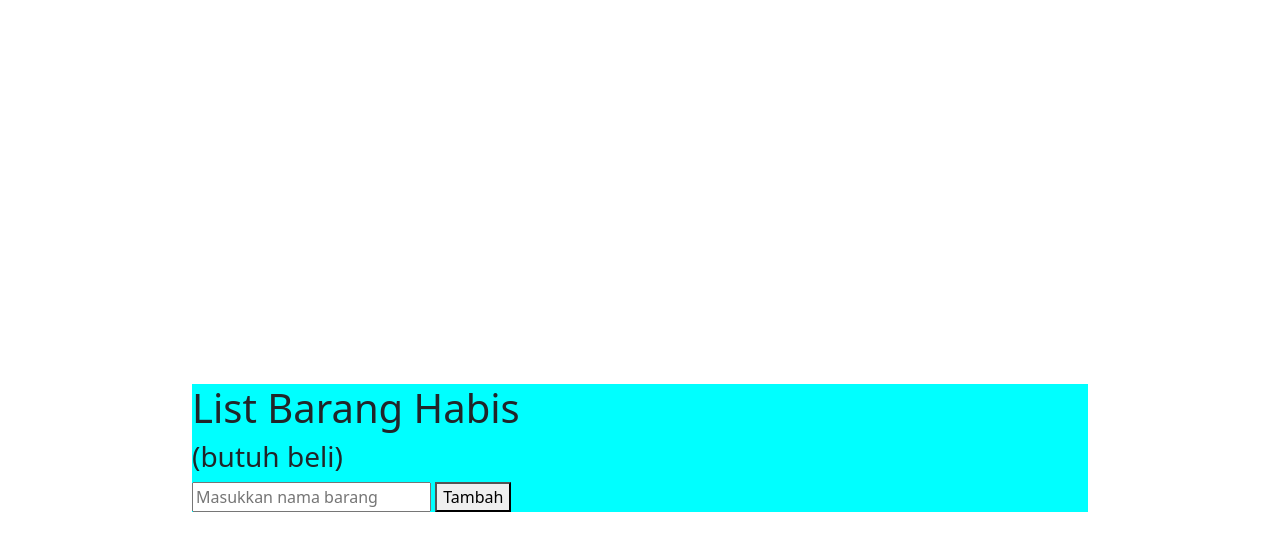
Repository: amorysdeo/dirumah
Page: index.html
These files come from the project's save history. The page is drawn as it stood at one moment and after the next save; the edit follows.
The browser window is 1280 px wide. The pictures show the whole page.

Above is the page before, as saved 2025-11-27 11:48:53.

After the next save:
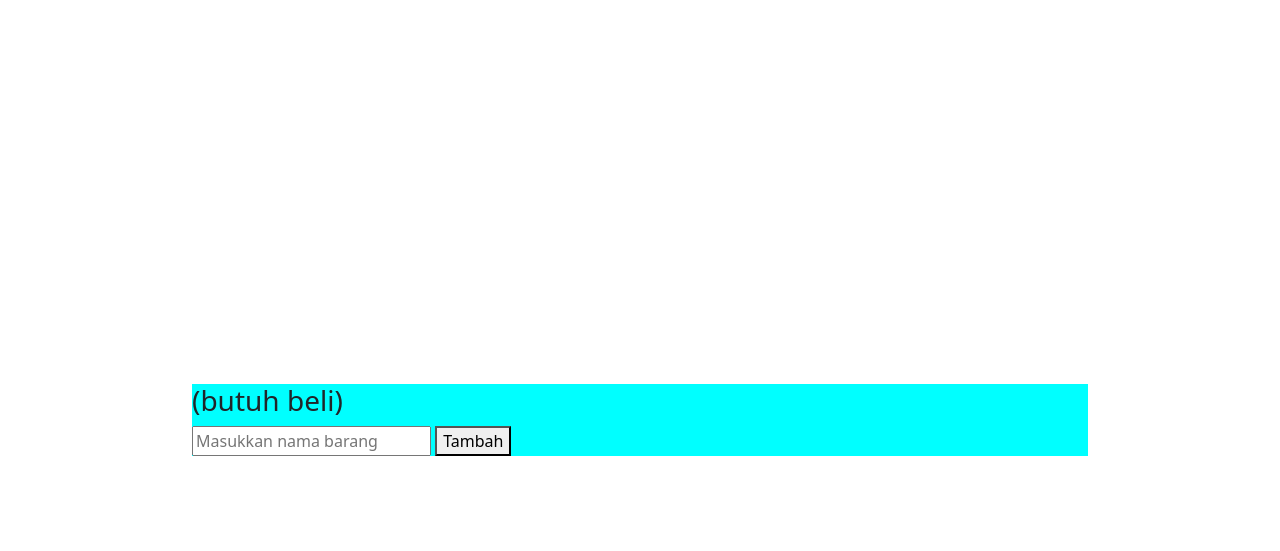
Saved 5 s later.
--- a/index.html
+++ b/index.html
@@ -11,7 +11,7 @@
 <body>
     <div id="main-box">
         <div id="title">
-            <h1 class="d-flex">List Barang Habis</h1>
+            <h1List Barang Habis</h1>
             <h3>(butuh beli)</h3>
         </div>
         <div id="inputan">
